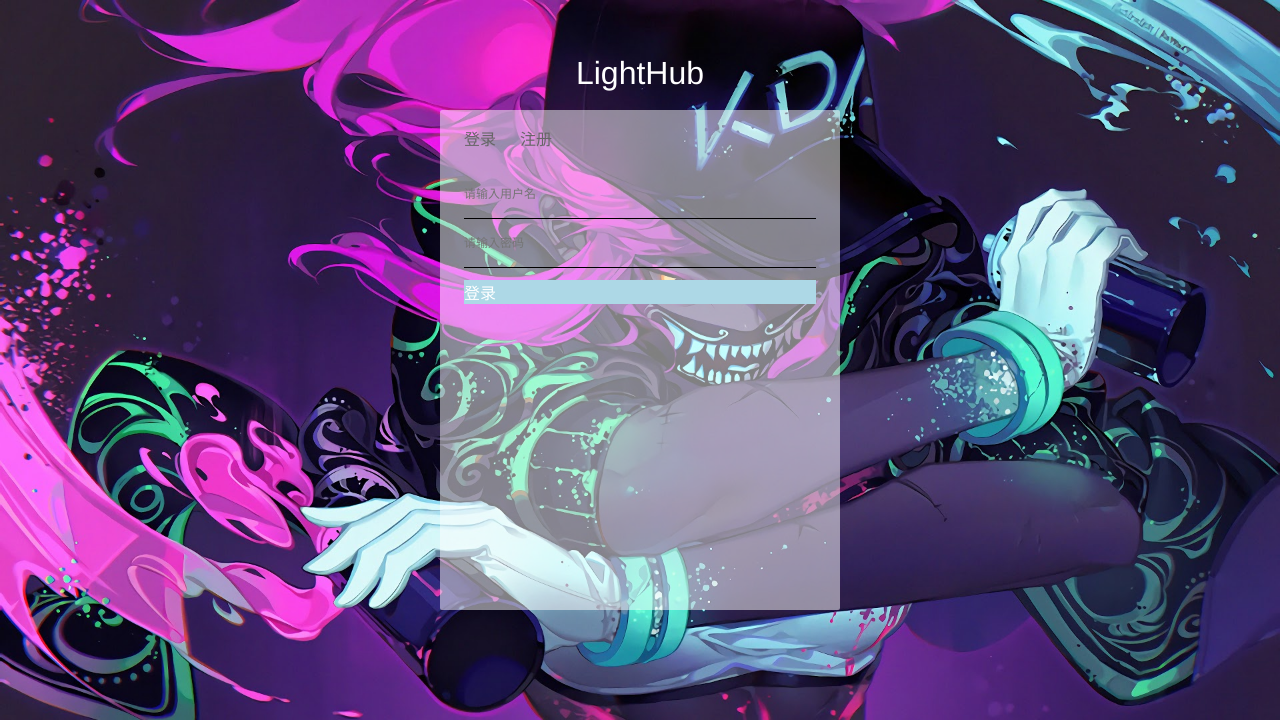
Repository: Martinell1/LightHub
Page: /login (app in LightHub/)
The author's editor kept a copy of each file at every save. The page is drawn from the files as they stood at one save, then again after the next save.
The browser window is 1280 px wide. The pictures show the whole page.
The project was rebuilt for these pictures with package versions that can differ from the ones it lists, and the page was loaded fresh each time. Also part of the build but not shown: LightHub/vite.config.ts.

Above is the page before, as saved 2021-11-21 00:21:14.

After the next save:
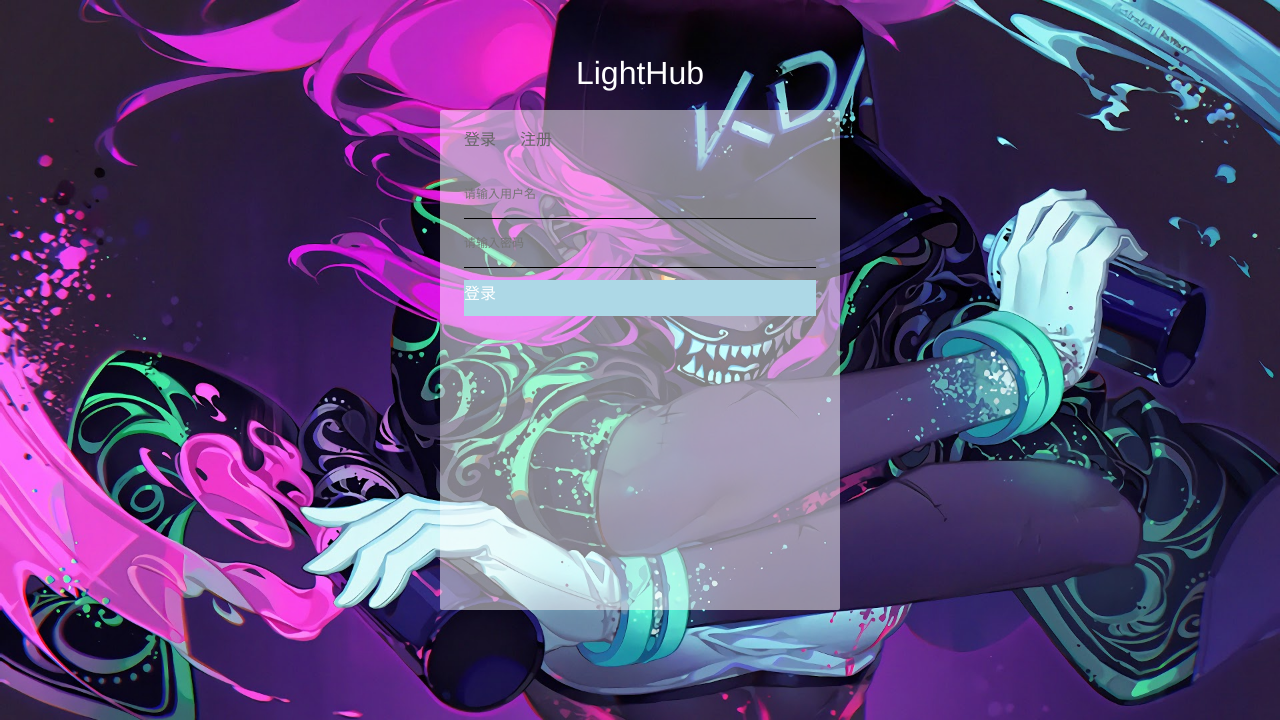
Saved 13 s later.
--- a/LightHub/src/views/Login.vue
+++ b/LightHub/src/views/Login.vue
@@ -73,7 +73,7 @@
 
     .login-form-btn {
       margin: 12px 0;
-      height: 24px;
+      height: 36px;
       color: white;
       background-color: lightblue;
     }
